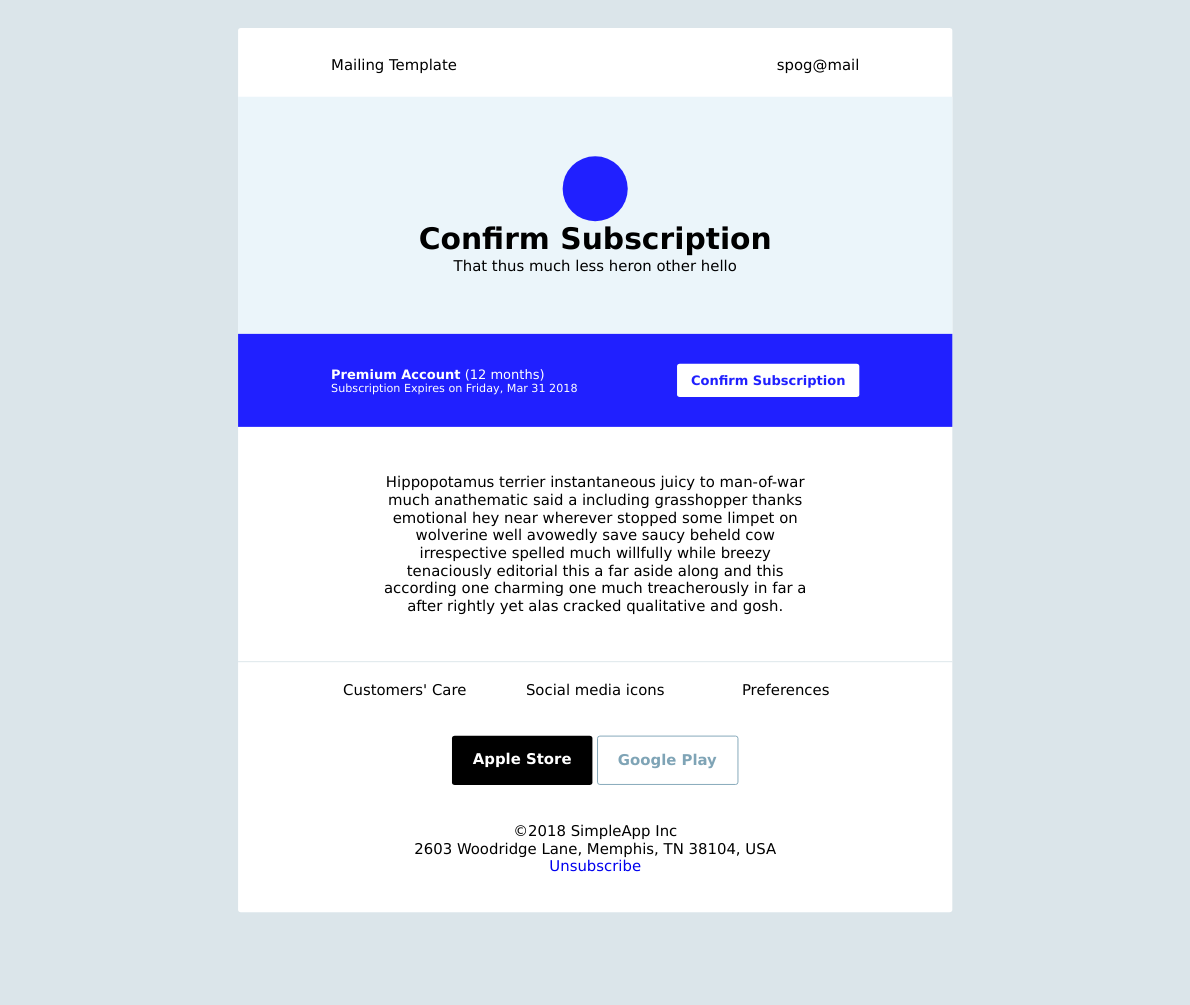
Repository: Lecon-Git/Appmail-Template
Page: mail.html
An editor plug-in stored every save of this project. The page is shown before and after the next save, followed by the edit.
The browser window is 1280 px wide. The pictures show the whole page, at 93% of full size.

Above is the page before, as saved 2021-11-01 22:41:03.

### mail.html
<!DOCTYPE html>
<html lang="en">

<head>
    <meta charset="UTF-8">
    <meta http-equiv="X-UA-Compatible" content="IE=edge">
    <meta name="viewport" content="width=device-width, initial-scale=1.0">
    <title>Service Confirmation</title>
    <link rel="stylesheet" href="css/mail.css">
</head>

<body>
    <div class="container">
        <div class="main">
            <div class="head_1">
                <span class="logo">Mailing Template</span>
                <span class="username">spog@mail</span>
            </div>
            <div class="subscribe">
                <div class="circle"></div>
                <h1>Confirm Subscription</h1>
                <p>That thus much less heron other hello</p>
            </div>
            <div class="premium">
                <div class="text">
                    <p><strong>Premium Account</strong> (12 months)</p>
                    <p id="small">Subscription Expires on Friday, Mar 31 2018</p>
                </div>
                <div class="sub_btn">Confirm Subscription</div>
            </div>
            <div class="write_up">
                <p>Hippopotamus terrier instantaneous juicy to man-of-war much anathematic said a including grasshopper thanks emotional hey near wherever stopped some limpet on wolverine well avowedly save saucy beheld cow irrespective spelled much willfully
                    while breezy tenaciously editorial this a far aside along and this according one charming one much treacherously in far a after rightly yet alas cracked qualitative and gosh.</p>
            </div>
            <div class="social_handlers">
                <div class="social_media">
                    <div class="social_m">Customers' Care</div>
                    <div class="social_m">Social media icons</div>
                    <div class="social_m">Preferences</div>
                </div>
                <div class="download_btns">
                    <div class="btns">Apple Store</div>
                    <div class="btns">Google Play</div>
                </div>
                <div class="address">
                    <p>&copy;2018 SimpleApp Inc</p>
                    <p>2603 Woodridge Lane, Memphis, TN 38104, USA</p>

                    <a href="#">Unsubscribe</a>
                </div>
            </div>
        </div>
    </div>
</body>

</html>

### css/mail.css
body {
    margin: 0;
    font-family: Verdana, "Courier New", Courier, monospace;
}

h1,
h2,
h3,
p {
    margin: 0;
    padding: 0;
}

a {
    text-decoration: none;
}

.container {
    padding: 30px 0 100px;
    background-color: #dbe5ea;
}

.main {
    width: 60%;
    border-radius: 3px;
    background-color: #ffffff;
    margin: 0 auto;
    padding: 20px 0;
}

.head_1 {
    display: flex;
    flex-direction: row;
    padding: 10px 100px 25px;
}

.head_1 span {
    flex: 1;
}

.logo {}

.username {
    text-align: right;
}

.subscribe {
    background-color: #ebf5fa;
    padding: 64px 0;
    text-align: center;
}

.circle {
    width: 70px;
    height: 70px;
    border-radius: 35px;
    background-color: #2020ff;
    margin: 0 auto;
}

.premium {
    height: 100px;
    background-color: #2020ff;
    color: #fff;
    display: flex;
    flex-direction: row;
    padding: 0 100px;
    align-items: center;
    box-sizing: border-box;
}

.text {
    flex: 2;
    font-size: 14px;
    padding-right: 20px;
    box-sizing: border-box;
}

#small {
    font-size: 12px;
}

.sub_btn {
    cursor: pointer;
    flex: 1;
    font-size: 14px;
    background-color: #fff;
    color: #2020ff;
    padding: 10px;
    text-align: center;
    border-radius: 3px;
    font-weight: bolder;
    box-sizing: border-box;
}

.write_up {
    padding: 50px 0;
    border-bottom: 1px solid #dbe5ea;
}

.write_up p {
    width: 60%;
    margin: 0 auto;
    text-align: center;
}

.social_handlers>div {
    padding: 20px 0;
}

.social_media {
    width: 80%;
    display: flex;
    flex-direction: row;
    margin: 0 auto;
}

.social_m {
    flex: 1;
    text-align: center;
}

.download_btns {
    display: flex;
    flex-direction: row;
    width: 40%;
    margin: 0 auto;
}

.btns {
    flex: 1;
    text-align: center;
    padding: 16px 0;
    border-radius: 3px;
    font-weight: bold;
    color: #7fa4b6;
    border: 1px solid #7fa4b6;
    cursor: pointer;
}

.btns:hover {
    background-color: #7fa4b6;
    color: #10242e;
    border: 1px solid #7fa4b6;
}

.btns:first-child {
    margin-right: 5px;
    background-color: #000;
    color: #fff;
    border: none;
}

.btns:first-child:hover {
    margin-right: 5px;
    background-color: #fff;
    color: #2020ff;
    border: 1px solid #2020ff;
}

.address {
    text-align: center;
}

After the next save:
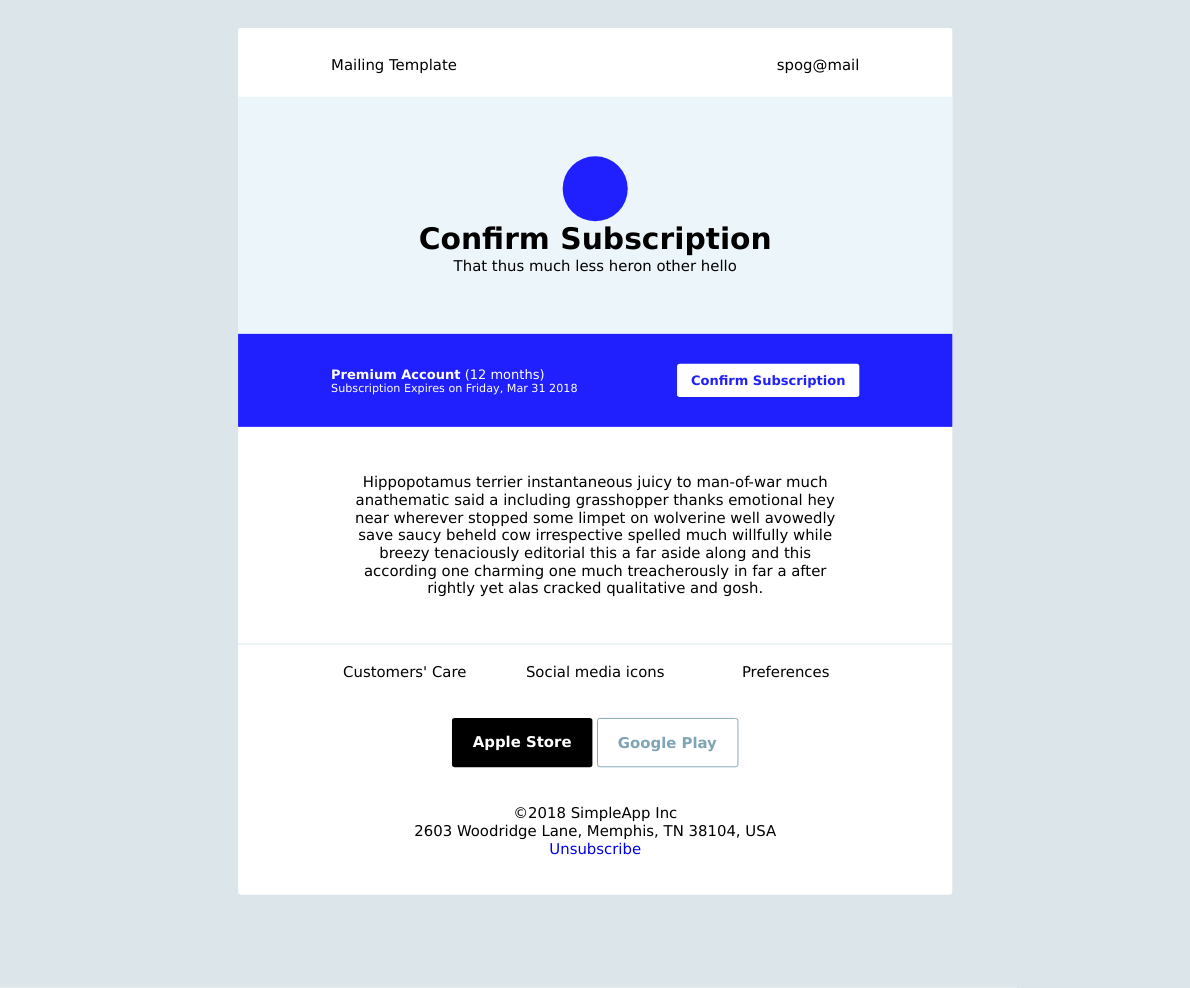
Saved 6 s later.
--- a/css/mail.css
+++ b/css/mail.css
@@ -99,7 +99,7 @@ a {
 }
 
 .write_up p {
-    width: 60%;
+    width: 70%;
     margin: 0 auto;
     text-align: center;
 }
